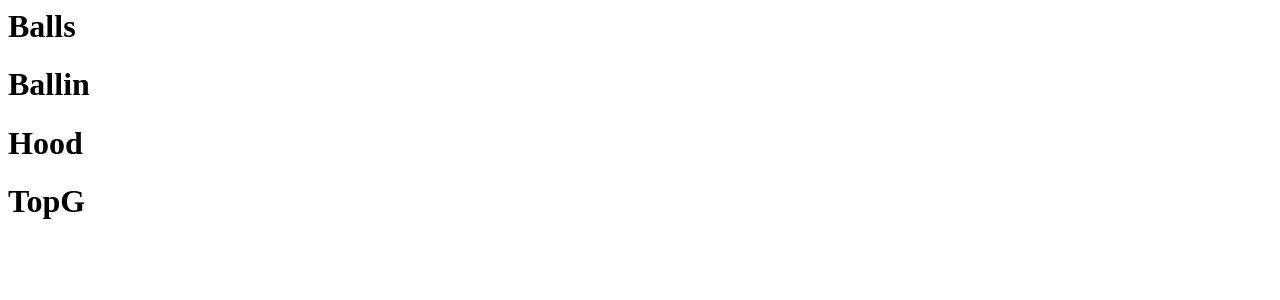
Repository: Anindyait/Tech-Tonic
Page: http://localhost/TechTonic/test.jsp
These files come from the project's save history. The page is drawn as it stood at one moment and after the next save; the edit follows.
The browser window is 1280 px wide. The pictures show the whole page.
The page is served by Tomcat 9.

Above is the page before, as saved 2023-06-09 17:57:12.

After the next save:
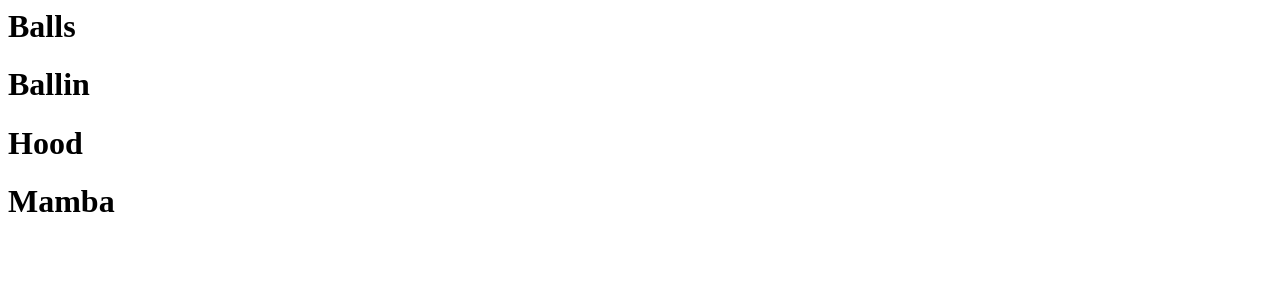
Saved 50 s later.
--- a/TechTonic/src/main/webapp/test.jsp
+++ b/TechTonic/src/main/webapp/test.jsp
@@ -6,7 +6,7 @@
 <title>Core Tag Example</title>
 </head>
 <body>
-<% String names = ",Balls,,Ballin,,Hood,,TopG";%>
+<% String names = ",Balls,,Ballin,,Hood,,Mamba,";%>
 <% String[] array =  names.split(",|,,");
 for (int i=0;i<array.length;i++){%>
 	<h1><% out.println(array[i]); %></h1>
